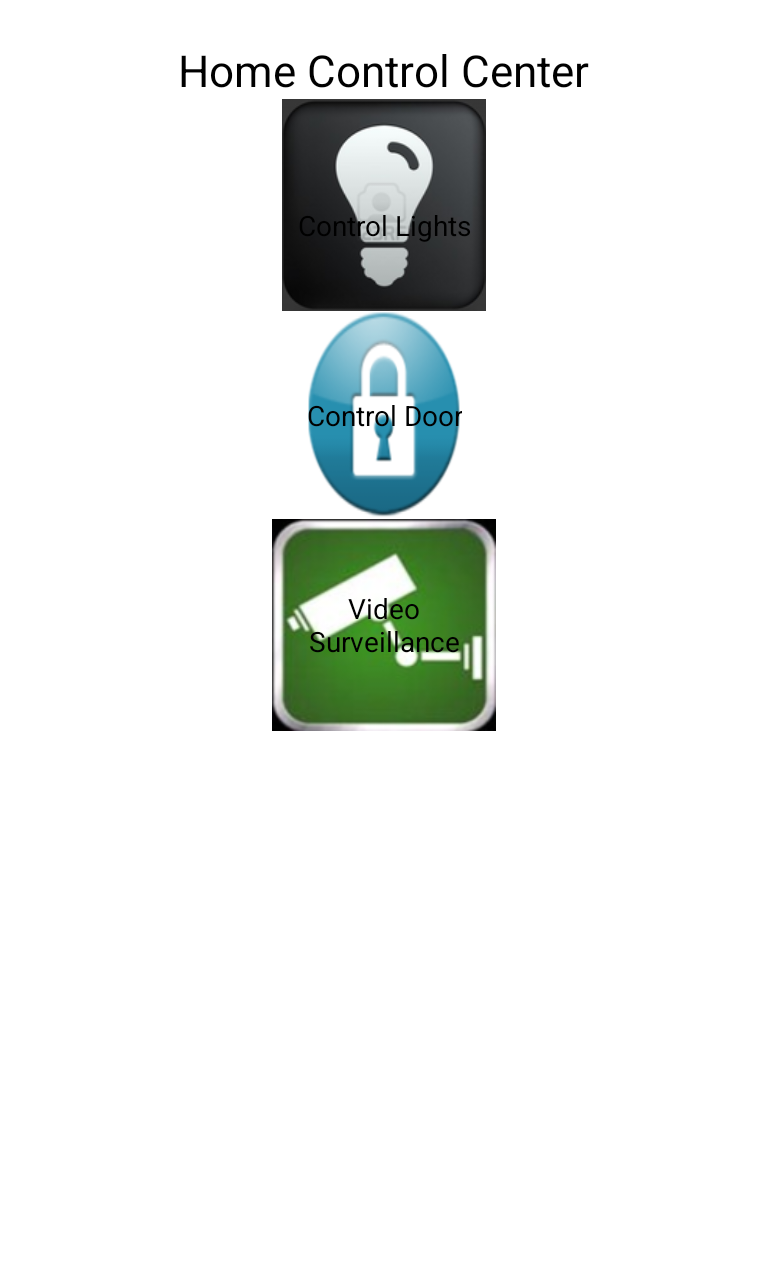
Repository: Teketel/hujeManiita
Layout: workspace/android/Besso/res/layout/center_activity.xml
An editor plug-in stored every save of this project. The layout is shown before and after the next save, followed by the edit.
It is drawn on a 768 x 1280 px phone screen (xhdpi) without system bars, with theme AppTheme; the app's code is not run.

Above is the layout before, as saved 2013-04-06 13:33:38.

### workspace/android/Besso/res/layout/center_activity.xml
<?xml version="1.0" encoding="utf-8"?>
<LinearLayout xmlns:android="http://schemas.android.com/apk/res/android"
    android:layout_width="match_parent"
    android:layout_height="match_parent"
    android:orientation="vertical"
    android:padding="20dp" >


    <TextView
        android:id="@+id/textView1"
        android:layout_width="wrap_content"
        android:layout_height="wrap_content"
        android:text="Home Control Center"
        android:textAppearance="?android:attr/textAppearanceMedium"
        android:layout_gravity="center_horizontal"
        android:textSize="22dp" />

    <Button
        android:id="@+id/Lights"
        android:layout_width="102dp"
        android:layout_height="106dp"
        android:background="@drawable/light"
        android:text="Control Lights"
        android:layout_gravity="center_horizontal"
        android:paddingTop="20dp" />

        <!--android:background="@color/txtClr" -->

    <Button
        android:id="@+id/Door"
        android:layout_width="wrap_content"
        android:layout_height="104dp"
        android:background="@drawable/door"
        android:text="Control Door"
        android:layout_gravity="center_horizontal" />

        <!--android:background="@color/txtClr" -->

    <Button
        android:id="@+id/Camera"
        android:layout_width="112dp"
        android:layout_height="106dp"
        android:background="@drawable/video"
        android:text="Video Surveillance"
        android:layout_gravity="center_horizontal" />

        <!--android:background="@color/txtClr" -->
</LinearLayout>
</LinearLayout>

### workspace/android/Besso/res/values/colors.xml
<?xml version="1.0" encoding="utf-8"?>
<resources>
    <color name="txtClr">#FFFFFF</color>
    <color name="mygray">#FFFFFF</color>

</resources>

Loaded but not shown: workspace/android/Besso/res/values/styles.xml (common file)

After the next save:
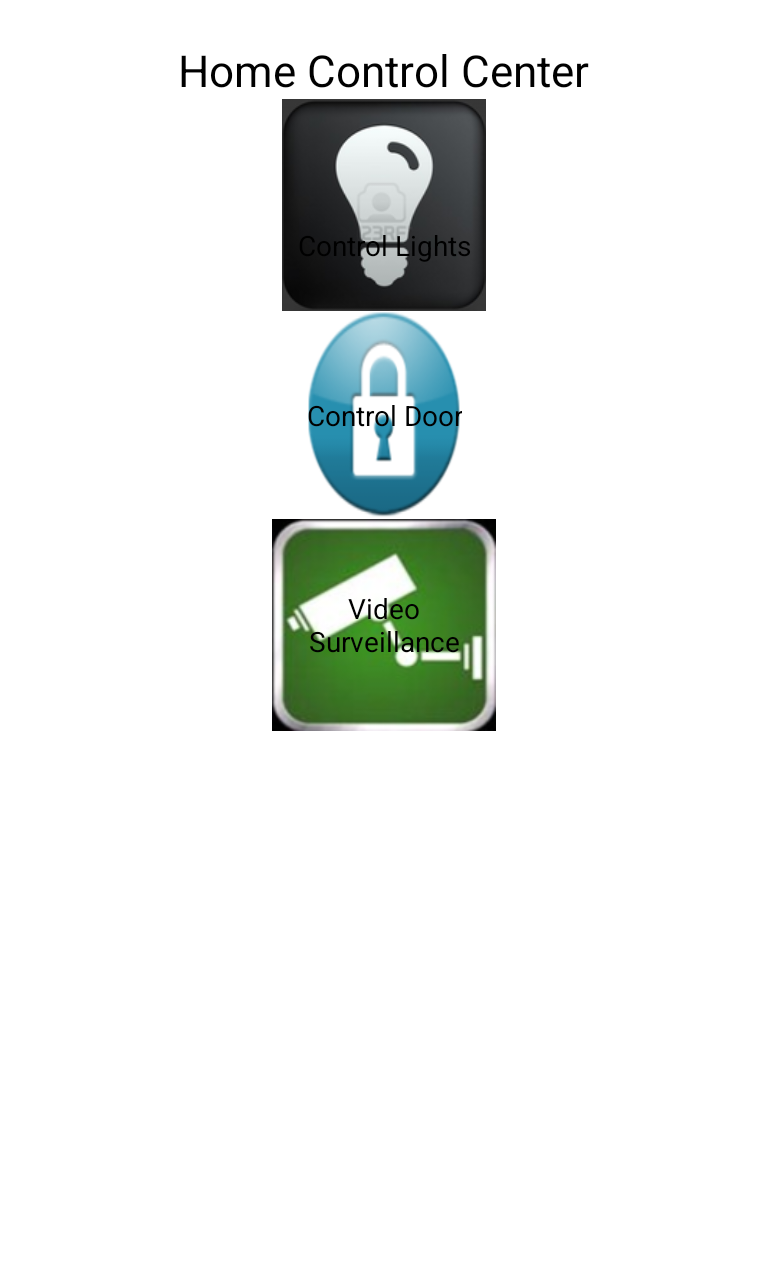
Saved 18 s later.
--- a/workspace/android/Besso/res/layout/center_activity.xml
+++ b/workspace/android/Besso/res/layout/center_activity.xml
@@ -22,7 +22,7 @@
         android:background="@drawable/light"
         android:text="Control Lights"
         android:layout_gravity="center_horizontal"
-        android:paddingTop="20dp" />
+        android:paddingTop="40dp" />
 
         <!--android:background="@color/txtClr" -->
 
